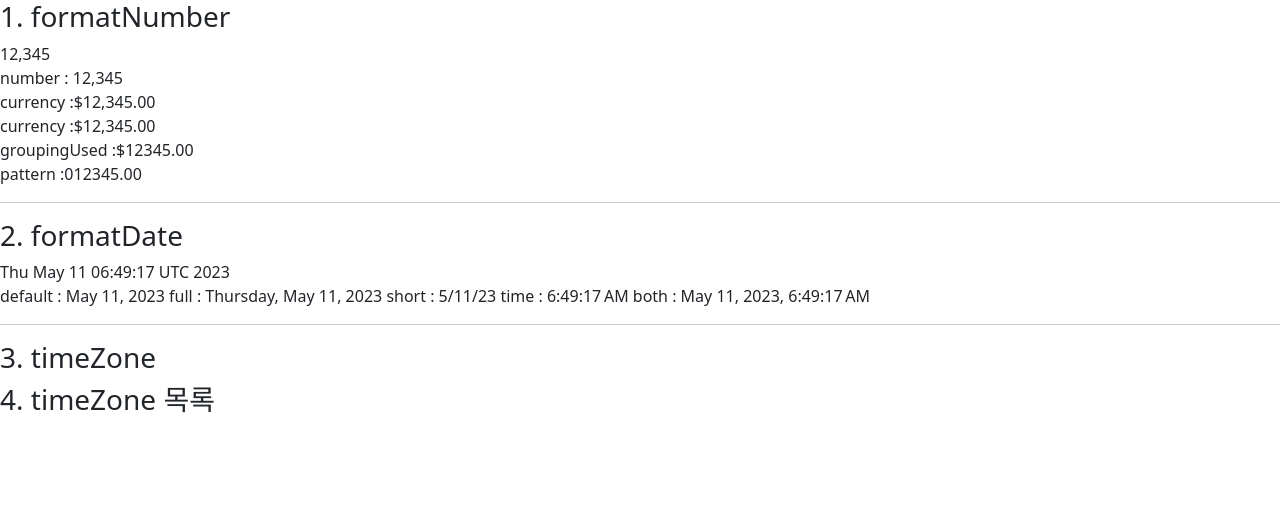
Repository: yeobleeme/06_jsp_basic
Page: http://localhost/jsp01_basic/jsp11_jstl/jsp09_format_03.jsp
These files come from the project's save history. The page is drawn as it stood at one moment and after a run of saves; the edit follows.
The browser window is 1280 px wide. The pictures show the whole page.
The page is served by Tomcat 9. Other server files are loaded and not shown.

Above is the page before, as saved 2023-05-15 05:44:27.

### jsp01_basic/WebContent/jsp11_jstl/jsp09_format_03.jsp
<%@page language="java" contentType="text/html; charset=UTF-8" pageEncoding="UTF-8"%>
<%@taglib prefix="c" uri="http://java.sun.com/jsp/jstl/core"%>
<%@taglib prefix="fmt" uri="http://java.sun.com/jsp/jstl/fmt" %>

<!DOCTYPE html>
<html>
<head>
	<meta charset="UTF-8">
	<meta name="viewport" content="width=device-width, initial-scale=1, minimum-scale=1, maximum-scale=1">
  	<link href="https://cdn.jsdelivr.net/npm/bootstrap@5.2.3/dist/css/bootstrap.min.css" rel="stylesheet">
  	<script src="https://cdn.jsdelivr.net/npm/bootstrap@5.2.3/dist/js/bootstrap.bundle.min.js"></script>
	<title>Insert title here</title>
</head>
<body>
	<h3>1. formatNumber</h3>
	<c:set var="price" value="12345"/>
	<fmt:formatNumber value="${ price }" type="number"/><br>
	number       : <fmt:formatNumber value="${ price }" type="number"/><br>
	currency     :<fmt:formatNumber value="${ price }" type="currency"/><br>
	currency     :<fmt:formatNumber value="${ price }" type="currency" currencySymbol="$"/><br>
	groupingUsed :<fmt:formatNumber value="${ price }" type="currency" currencySymbol="$" groupingUsed="false"/><br>
	pattern      :<fmt:formatNumber value="${ price }" type="currency" currencySymbol="$" pattern="000000.00"/><br>
	<hr />

	<h3>2. formatDate</h3>
	<c:set var="now" value="<%= new java.util.Date() %>"/>
	${ now }<br>
	default : <fmt:formatDate value="${ now }" type="date"/>
	full    : <fmt:formatDate value="${ now }" type="date" dateStyle="full" />
	short   : <fmt:formatDate value="${ now }" type="date" dateStyle="short" />
	time   : <fmt:formatDate value="${ now }" type="time" />
	both   : <fmt:formatDate value="${ now }" type="both" />



	<hr />
	<h3>3. timeZone</h3>
	<h3>4. timeZone 목록</h3>
</body>
</html>

After the next 2 saves:
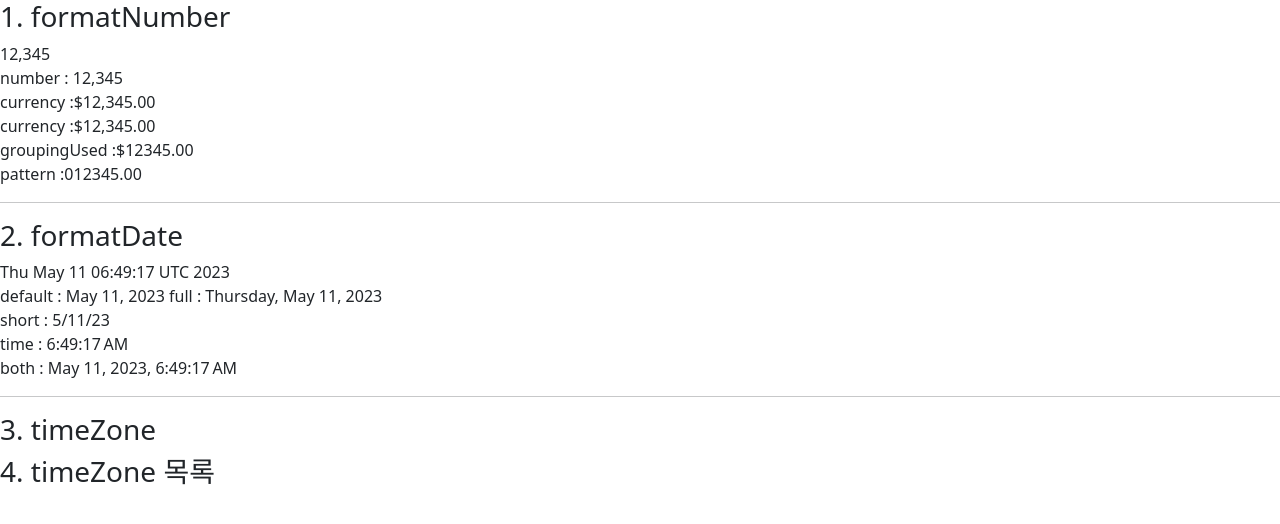
The 2 saves are shown as one change because they came seconds apart.
The last was saved 21 s later.
--- a/jsp01_basic/WebContent/jsp11_jstl/jsp09_format_03.jsp
+++ b/jsp01_basic/WebContent/jsp11_jstl/jsp09_format_03.jsp
@@ -26,9 +26,9 @@
 	<c:set var="now" value="<%= new java.util.Date() %>"/>
 	${ now }<br>
 	default : <fmt:formatDate value="${ now }" type="date"/>
-	full    : <fmt:formatDate value="${ now }" type="date" dateStyle="full" />
-	short   : <fmt:formatDate value="${ now }" type="date" dateStyle="short" />
-	time   : <fmt:formatDate value="${ now }" type="time" />
+	full    : <fmt:formatDate value="${ now }" type="date" dateStyle="full" /> <br />
+	short   : <fmt:formatDate value="${ now }" type="date" dateStyle="short" /> <br />
+	time   : <fmt:formatDate value="${ now }" type="time" /> <br />
 	both   : <fmt:formatDate value="${ now }" type="both" />
 
 
